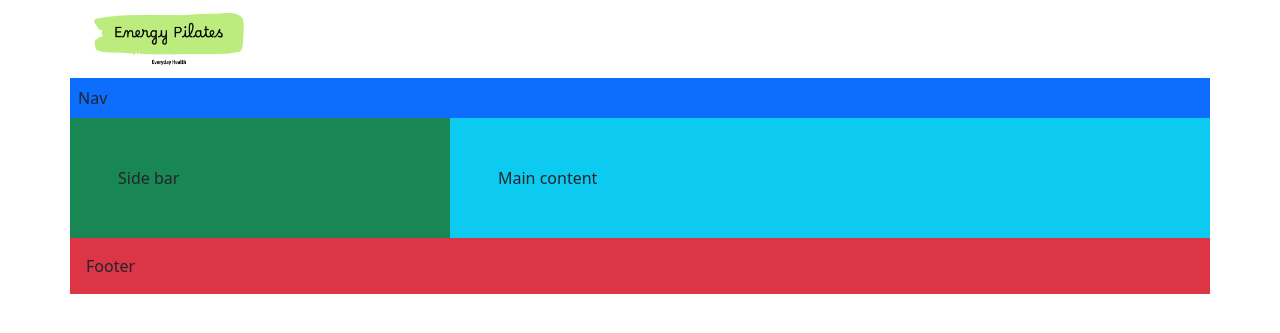
Repository: KizukoHeiwa/SOF308
Page: Lab1/index.html
These files come from the project's save history. The page is drawn as it stood at one moment and after the next save; the edit follows.
The browser window is 1280 px wide. The pictures show the whole page.

Above is the page before, as saved 2024-10-31 09:56:24.

### Lab1/index.html
<!DOCTYPE html>
<html lang="en">
<head>
    <meta charset="UTF-8">
    <meta name="viewport" content="width=device-width, initial-scale=1.0">
    <title>FPT Polytechnic</title>
    <link href="https://cdn.jsdelivr.net/npm/bootstrap@5.3.3/dist/css/bootstrap.min.css" rel="stylesheet" integrity="sha384-QWTKZyjpPEjISv5WaRU9OFeRpok6YctnYmDr5pNlyT2bRjXh0JMhjY6hW+ALEwIH" crossorigin="anonymous">
    <script src="https://cdn.jsdelivr.net/npm/bootstrap@5.3.3/dist/js/bootstrap.bundle.min.js" integrity="sha384-YvpcrYf0tY3lHB60NNkmXc5s9fDVZLESaAA55NDzOxhy9GkcIdslK1eN7N6jIeHz" crossorigin="anonymous"></script>
    <style>
        .header{
            /* background-color: #F0F8FF; */
        }
        .header .container{
            color: black;

        }
    </style>
</head>
<body>
    <div class="container">
        <header class="header">
            <nav class="navbar navbar-expand-sm navbar-dark">
                <div class="container">
                    <a class="navbar-brand" href="#">
                        <img src="img/logo-energy-pilates.png" alt="" style="width: 150px;">
                    </a>
                    <button class="navbar-toggler" type="button" data-bs-toggle="collapse" data-bs-target="#collapsibleNavbar">
                        <span class="navbar-toggler-icon"></span>
                    </button>
                    <div class="collapse navbar-collapse" id="collapsibleNavbar">
                        <ul class="navbar-nav me-auto">
                            <li class="nav-item">
                                <a class="nav-link" href="#"><i class="fa-solid fa-list"></i> Bài viết</a>
                            </li>
                            <li class="nav-item">
                                <a class="nav-link" href="#"><i class="fa-solid fa-film"></i> Video</a>
                            </li>
                            <li class="nav-item">
                                <a class="nav-link" href="#"><i class="fa-solid fa-circle-info"></i> Giới thiệu</a>
                            </li>
                            <li class="nav-item">
                                <a class="nav-link" href="#"><i class="fa-solid fa-calendar-days"></i> Sự kiện</a>
                            </li>
                            <li class="nav-item dropdown">
                                <a class="nav-link dropdown-toggle" href="#" role="button" data-bs-toggle="dropdown">
                                    <i class="fa-solid fa-user"></i> Tài khoản
                                </a>
                                <ul class="dropdown-menu">
                                    <li><a class="dropdown-item" href="#">Đăng nhập</a></li>
                                    <li><a class="dropdown-item" href="#">Quên mật khẩu</a></li>
                                    <li><a class="dropdown-item" href="#">Đăng ký thành viên</a></li>
                                </ul>
                            </li>
                        </ul>
                        <ul class="navbar-nav d-flex">
                            <li class="nav-item">
                                <a class="nav-link">Tiếng Việt</a>
                            </li>
                            <li class="nav-item">
                                <a class="nav-link">Tiếng Anh</a>
                            </li>
                        </ul>
                    </div>
                </div>
            </nav>

        </header>
        <nav class="row bg-primary p-2">Nav</nav>
        <section class="row">
            <aside class="col-sm-4 bg-success p-5">Side bar</aside>
            <article class="col-sm-8 bg-info p-5">Main content</article>
        </section>
        <footer class="row bg-danger p-3">Footer</footer>
    </div>
</body>
</html>

After the next save:
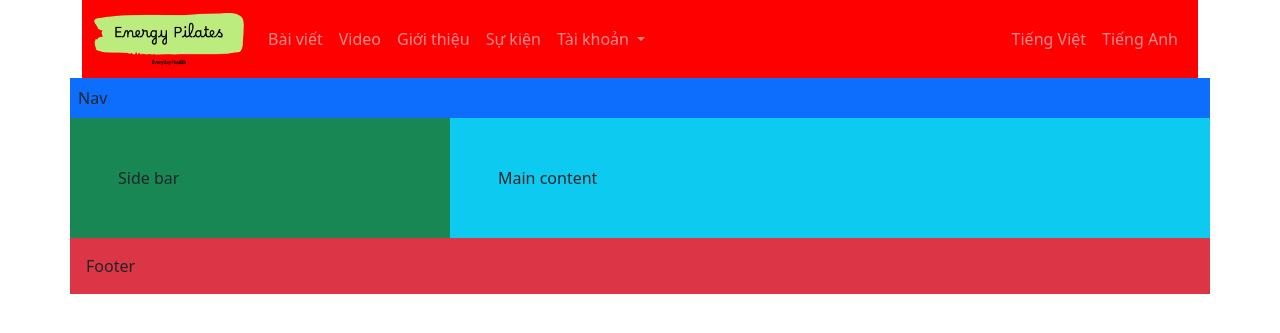
Saved 7 s later.
--- a/Lab1/index.html
+++ b/Lab1/index.html
@@ -8,7 +8,7 @@
     <script src="https://cdn.jsdelivr.net/npm/bootstrap@5.3.3/dist/js/bootstrap.bundle.min.js" integrity="sha384-YvpcrYf0tY3lHB60NNkmXc5s9fDVZLESaAA55NDzOxhy9GkcIdslK1eN7N6jIeHz" crossorigin="anonymous"></script>
     <style>
         .header{
-            /* background-color: #F0F8FF; */
+            background-color: red;
         }
         .header .container{
             color: black;
